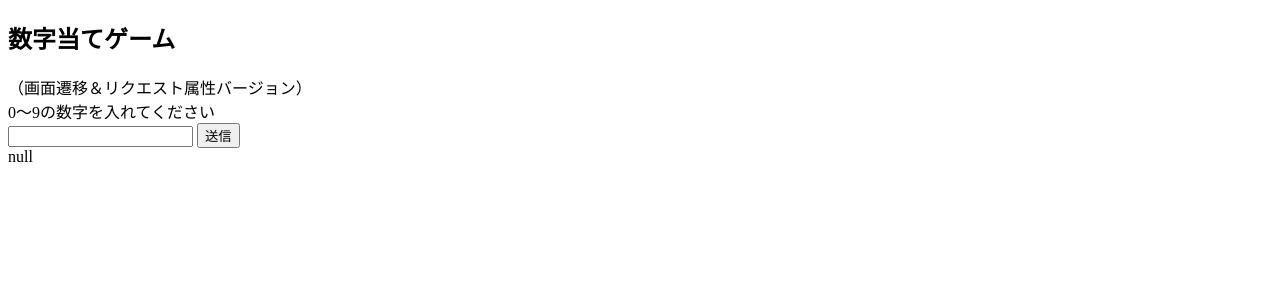
Repository: testsen/servlet
Page: http://localhost/basic/reqattr/guess.jsp
An editor plug-in stored every save of this project. The page is shown before and after the next save, followed by the edit.
The browser window is 1280 px wide. The pictures show the whole page.
The page is served by Tomcat 9. Other server files are loaded and not shown.

Above is the page before, as saved 2018-12-24 09:59:50.

### basic/reqattr/guess.jsp
<%@ page language="java" contentType="text/html; charset=UTF-8"
    pageEncoding="UTF-8"%>
<!DOCTYPE html>
<html>
<head>
<meta charset="UTF-8">
<title>Insert title here</title>
</head>
<body>

<H2>数字当てゲーム</H2>

（画面遷移＆リクエスト属性バージョン）<br>

0～9の数字を入れてください

<form action="../servlet/GuessServlet2">
<input type="text" name="number">
<input type="submit" value="送信">
</form>

<%
String result =  (String)request.getAttribute("result");
out.print(result);
%>


</body>
</html>

After the next save:
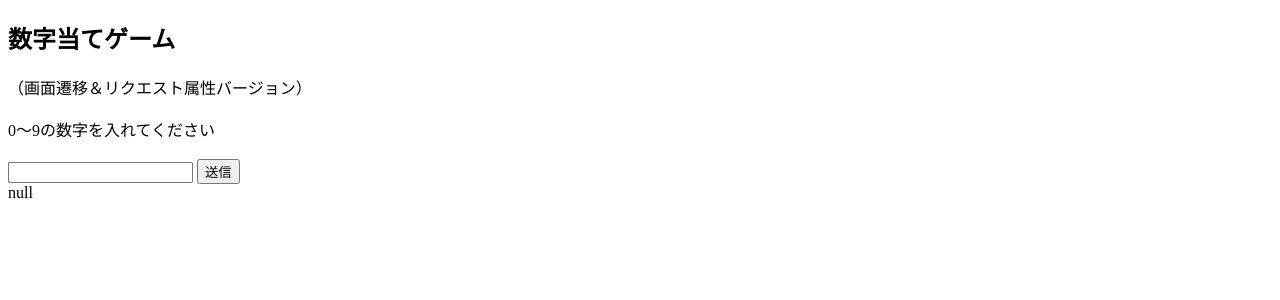
Saved 31 s later.
--- a/basic/reqattr/guess.jsp
+++ b/basic/reqattr/guess.jsp
@@ -11,9 +11,9 @@
 <H2>数字当てゲーム</H2>
 
 （画面遷移＆リクエスト属性バージョン）<br>
-
-0～9の数字を入れてください
-
+<br>
+0～9の数字を入れてください<br>
+<br>
 <form action="../servlet/GuessServlet2">
 <input type="text" name="number">
 <input type="submit" value="送信">
